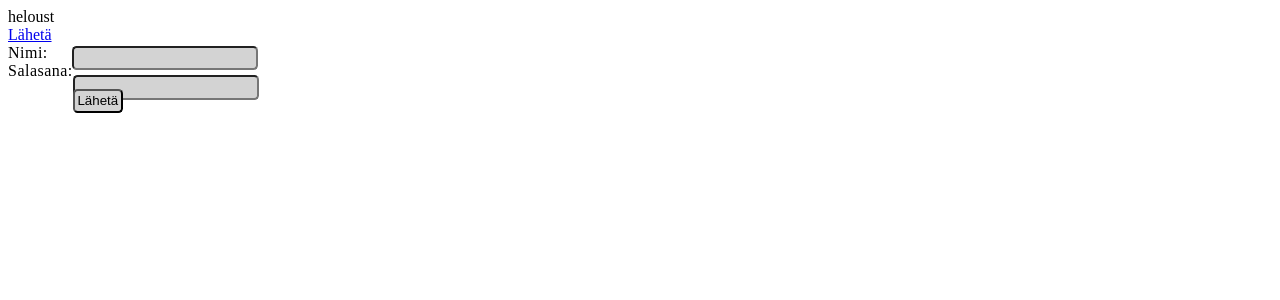
Repository: sirkian/ohj2-t4
Page: http://localhost/Kommunikaatio/
An editor plug-in stored every save of this project. The page is shown before and after the next save, followed by the edit.
The browser window is 1280 px wide. The pictures show the whole page.
The page is served by Tomcat 9.

Above is the page before, as saved 2022-03-19 14:10:25.

### Kommunikaatio/src/main/webapp/index.jsp
<%@ page language="java" contentType="text/html; charset=ISO-8859-1"
    pageEncoding="ISO-8859-1"%>
<!DOCTYPE html>
<html>
<head>
<meta charset="ISO-8859-1">
<title>Insert title here</title>
<style>
body {
	display: flex;
	flex-direction: column;
}
input {
	background: lightgrey;
	border-radius:0.35em;
	padding: 0.2em;
	margin: 0.15em 0;
	position: absolute;
}
.nimi {
	left: 5.4em;
}
.pw {
	top: 5.5em;
}
.btn {
	top: 6.5em;
}
form {
	letter-spacing: 0.03em;
}
</style>
</head>
<body>
heloust
<a href="toka.jsp?nimi=jaska&ika=10">Lähetä</a>
<form action="kolmas.jsp" method="POST">
	Nimi: <input class="nimi" type="text" name="nimi"><br>
	Salasana: <input class="pw" type="password" name="pwd">
	<input class="btn" type="submit" value="Lähetä">
</form>
</body>
</html>

After the next save:
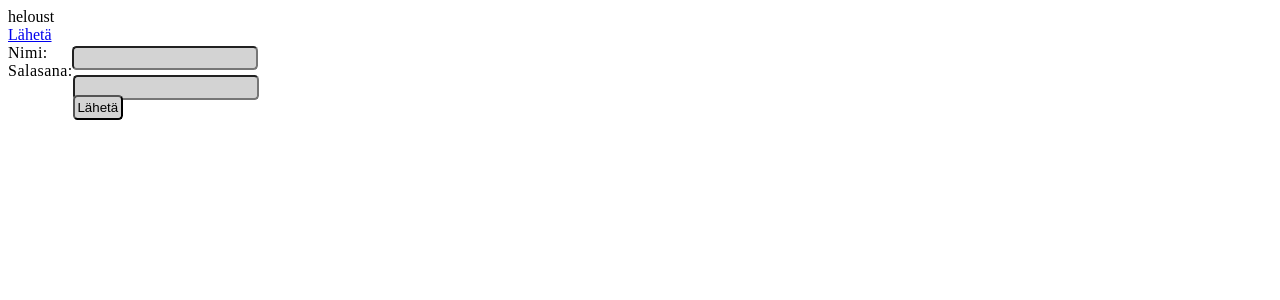
Saved 7 s later.
--- a/Kommunikaatio/src/main/webapp/index.jsp
+++ b/Kommunikaatio/src/main/webapp/index.jsp
@@ -24,7 +24,7 @@ input {
 	top: 5.5em;
 }
 .btn {
-	top: 6.5em;
+	top: 7em;
 }
 form {
 	letter-spacing: 0.03em;
